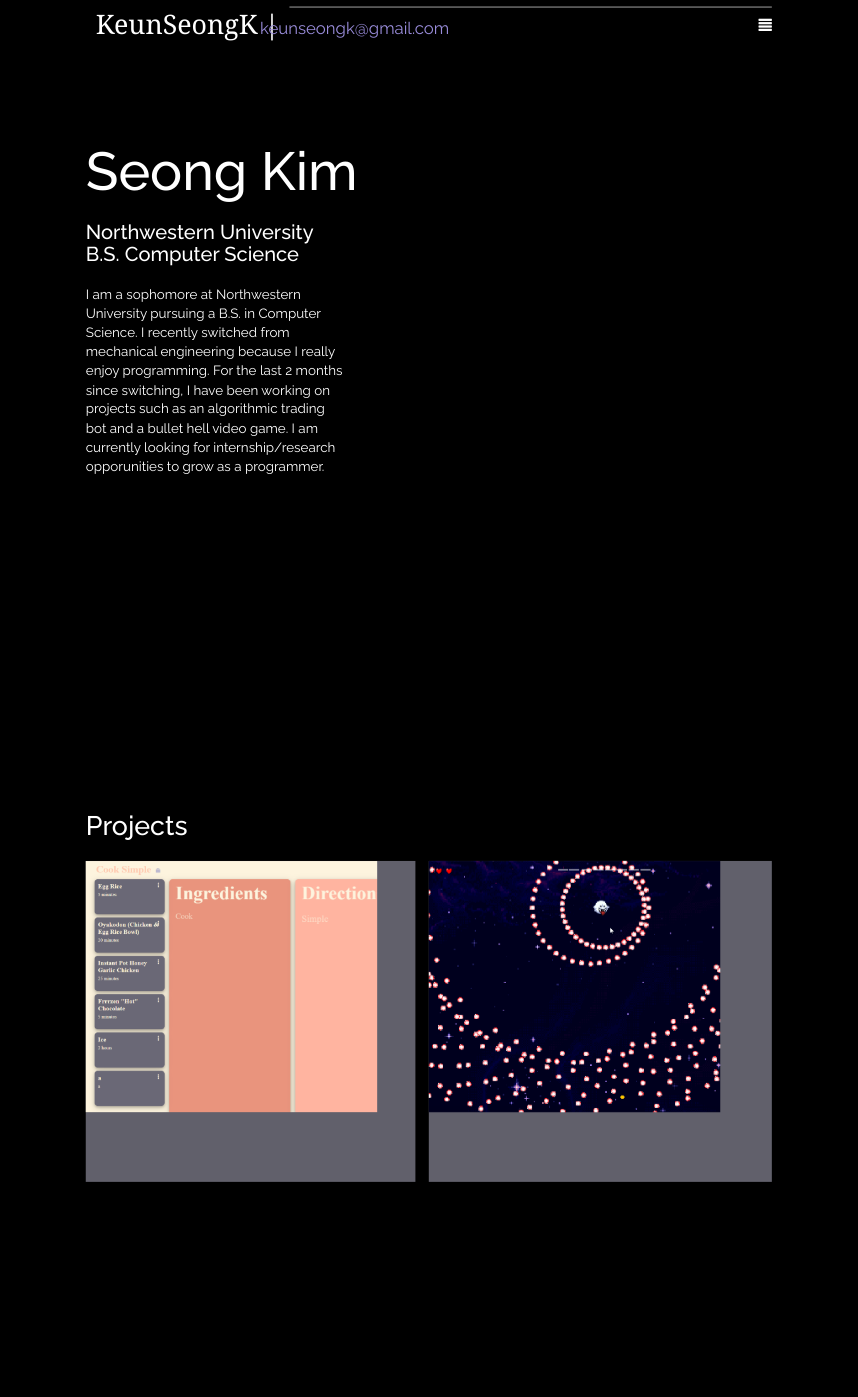
Repository: oqueuo/personal-site
Page: index.html
The author's editor kept a copy of each file at every save. The page is drawn from the files as they stood at one save, then again after the next save.
The browser window is 1280 px wide. The pictures show the whole page, at 67% of full size.

Above is the page before, as saved 2020-09-21 18:12:28.

### index.html
<!-- Accountability, Balance, Trustworthiness -->
<!DOCTYPE html>
<html lang="en">
  <head>
    <title>Seong Kim</title>
    <meta charset="UTF-8">
    <meta name="viewport" content="width=device-width, initial-scale=1.0">

    <script src="https://ajax.googleapis.com/ajax/libs/jquery/3.5.1/jquery.min.js"></script>
    <script src="https://maxcdn.bootstrapcdn.com/bootstrap/3.4.1/js/bootstrap.min.js"></script>
    <link rel="stylesheet" href="https://maxcdn.bootstrapcdn.com/bootstrap/3.4.1/css/bootstrap.min.css">
    <link rel="stylesheet" href="styles.css">
    <script src="scripts.js"></script>
  </head>

  <body>
    <main>
      <header>
        <h1 id="navbar-brand"><a href="index.html" class="navbar-brand">KeunSeongK |</a></h1>
        <a id="email" href = "mailto: abc@example.com">keunseongk@gmail.com</a>
        <ul>
          <li><span id="pulldown-btn" class="glyphicon glyphicon-align-justify"></span>
            <ul id="nav-pulldown">
              <li class="navbar-item"><a class="nav-link" href=#about></a></li>
              <li class="navbar-item" style="padding-right:100px;"><a class="nav-link" href="resume.html">Resume</a></li>
              <li class="navbar-item"><a class="nav-link" href="https://github.com/oqueuo">GitHub</a></li>
              <li class="navbar-item"><a class="nav-link" href="https://www.linkedin.com/in/seong-kim-a0a989160/">LinkedIn</a></li>
            </ul>
          </li>
        </ul>

      </header>
      <section id="horizontal-line"></section>
        <hr>
      </section>
      <!-- About me -->
      <section id="about">

        <div id="about-text">
          <h1>Seong Kim</h1>
          <h2>Northwestern University<br>B.S. Computer Science</h2>
          <p>I am a sophomore at Northwestern University pursuing
            a B.S. in Computer Science. I recently switched from mechanical engineering
            because I really enjoy programming. For the last 2 months since switching,
            I have been working on projects such as an algorithmic trading bot and a
            bullet hell video game. I am currently looking for internship/research
            opporunities to grow as a programmer.
          </p>
        </div>
      </section>

      <h1 id="projects-header">Projects</h1>

      <!-- Projects: Filled in with JS template -->
      <section id="projects">
      </section>

    </main>
  </body>
  <script>
    render_projects(projects, "#projects");
  </script>
</html>

### styles.css
@import url('https://fonts.googleapis.com/css2?family=Raleway:ital,wght@0,100;0,200;0,300;0,400;0,500;0,600;0,700;0,800;0,900;1,100;1,200;1,300;1,400;1,500;1,600;1,700;1,800;1,900&display=swap');
/* Global styles
------------------------------------*/
* {
    /* Remove Chrome default margins */
    margin: 0 !important;
    font-family: 'Raleway', sans-serif;
}
body {
    background: black;
    display: flex;
    justify-content: center;
}
main {
    position: relative;
    width: 80vw;
    display: block;
    /* background: saddlebrown; */
    margin-left: auto;
    margin-right: auto;
}


/* NAVBAR */
header {
    color: white;
    padding-top: 10px;
    position: relative;
    width: inherit;
}
header>a {
    position: absolute;
    font-size: 25px;
    left: 260px;
    top: 25px;
}
header ul {
    position: absolute;
    top: 25px;
    right: 0px;
}
#navbar-brand {

}
.navbar-brand {
    text-decoration: none;
    font-size: 40px !important;
    color: white;
    font-family: Cambria, Cochin, Georgia, Times, 'Times New Roman', serif !important;
}

.navbar-item {
    display: inline;
    font-size: 25px;
    padding-right: 15px;
}
ul a, #email, .more-info-on-github {
    text-decoration: none;
    color: rgb(153, 140, 218);
}

ul a:hover, #email:hover, .more-info-on-github:hover {
    opacity: 0.8;
}
ul a:active, #email:active, .more-info-on-github:active {
    opacity: 0.7;
}
#horizontal-line {
    width: 100vw;
    left: 0;
}


/* ABOUT */
#about {
    color: white;
    margin-top: 200px !important;
    /* background: royalblue; */
}
#about-text h1 {
    font-family: 'Raleway', sans-serif;
    font-size: 80px;
}
#about-text h2 {
    margin-top: 30px !important;
}
#about p {
    margin-top: 30px !important;
    max-width: 30vw;
    font-size: 20px;
}


/* Projects */

#projects-header {
    font-size: 40px;
    color: white;
    margin-top: 500px !important;
    margin-bottom: 30px !important;
}
#projects {
    display: flex;
    flex-wrap: wrap;
    padding: 0;
    width: 100%;
    margin-bottom: 300px !important;
}
.project-card-container {
    box-sizing: border-box;
    width: 50%;
    height: 500px;
    padding-right: 2%;
    padding-bottom: 2%;
    position: relative;
}
.project-card-container:nth-child(2n) {
    padding-right: 0;
}
.project-card-gray {
    background-color: rgb(97, 96, 107);
    height: 100%;
    width: 100%;
}
.project-card-content {
    width: 85%;
    height: 75%;
    position: absolute;
    background-size: cover;
    margin-left: auto !important;
    margin-right: auto !important;
    margin-top: auto !important;
    margin-bottom: auto !important;
    transition: .5s ease;
    backface-visibility: hidden;
}

.project-overlay {
    transition: .5s ease;
    opacity: 0;
    position: absolute;
    top: 50%;
    left: 50%;
    transform: translate(-50%, -50%);
    -ms-transform: translate(-50%, -50%);
}
.project-card:hover .project-card-content {
    opacity: 0.2;
}

.project-card:hover .project-overlay {
opacity: 1;
}


/* Resume */
.resume {
    margin-top: 200px !important;
    background-image: url(backgrounds/resume330.png);
    height: 1000px;
    width: 63%;
}

.three-vertical-dots {
    color: white;
}

@media (max-width: 1300px) {
    /* Recipe pulldown */
    header ul {
        list-style: none;
        z-index: 5;
    }
    span.three-vertical-dots {
        /* Put the three dots on top right corner of recipe card */
        position: absolute;
        top: 10px;
        right: 10px;
    }
    .three-vertical-dots li:active {
        color: rgb(255, 239, 218);
    }
    #pulldown-btn {
        cursor: pointer;
        font-size: 20px;
    }
    ul #nav-pulldown {
        display: none;
        background-color: rgb(253, 244, 222);
        border: 1px solid #333;
        border-radius: 4px;
        width: 90px;
        padding: 5px;
        position: absolute;
        top: 30px;
        right: 10px;
        text-align: end;
    }
    ul #nav-pulldown li {
        color: #333;
        display: block;
        block-size: auto;
    }
    header>ul>li:hover #nav-pulldown {
        display: block;
    }
    ul #nav-pulldown a {
        color: rgb(76, 74, 83);
        font-size: 15px;
    }
}

### scripts.js
var projects = [
    {
        title: "Cook Simple",
        description: "A minimalist recipe storage app for computers and mobile devices.",
        cover: "backgrounds/cook-simple.png"
    },
    {
        title: "Boollet Hell",
        description: "A Bullet Hell shooter game. Inspired by popular bullet hell shooters from Japan",
        cover: "backgrounds/boollet-hell.png"
    }
]
let more_info_on_my_github = "More info on <a class='more-info-on-github' href='https://github.com/oqueuo'>GitHub</a>"


function render_projects(projects, projects_id) {
    let project_case = document.querySelector(projects_id);
    if (project_case) {
        if (projects instanceof Array) {
            for (let project of projects) {
                let template = `
                <div class="project-card-content" style="background-image: url(${project.cover});"></div>
                <div class="project-overlay">
                    <p>${project.description}<br><br></p>
                    ${more_info_on_my_github}
                </div>`;

                let project_card_container = document.createElement("div");
                project_card_container.className = "project-card-container";
                project_card_container.innerHTML = `
                <div class="project-card-gray">
                    ${template}
                </div>
                `
                project_case.append(project_card_container);
            }
        }
    }
}

const show_project_info = (el) => {

}

After the next save:
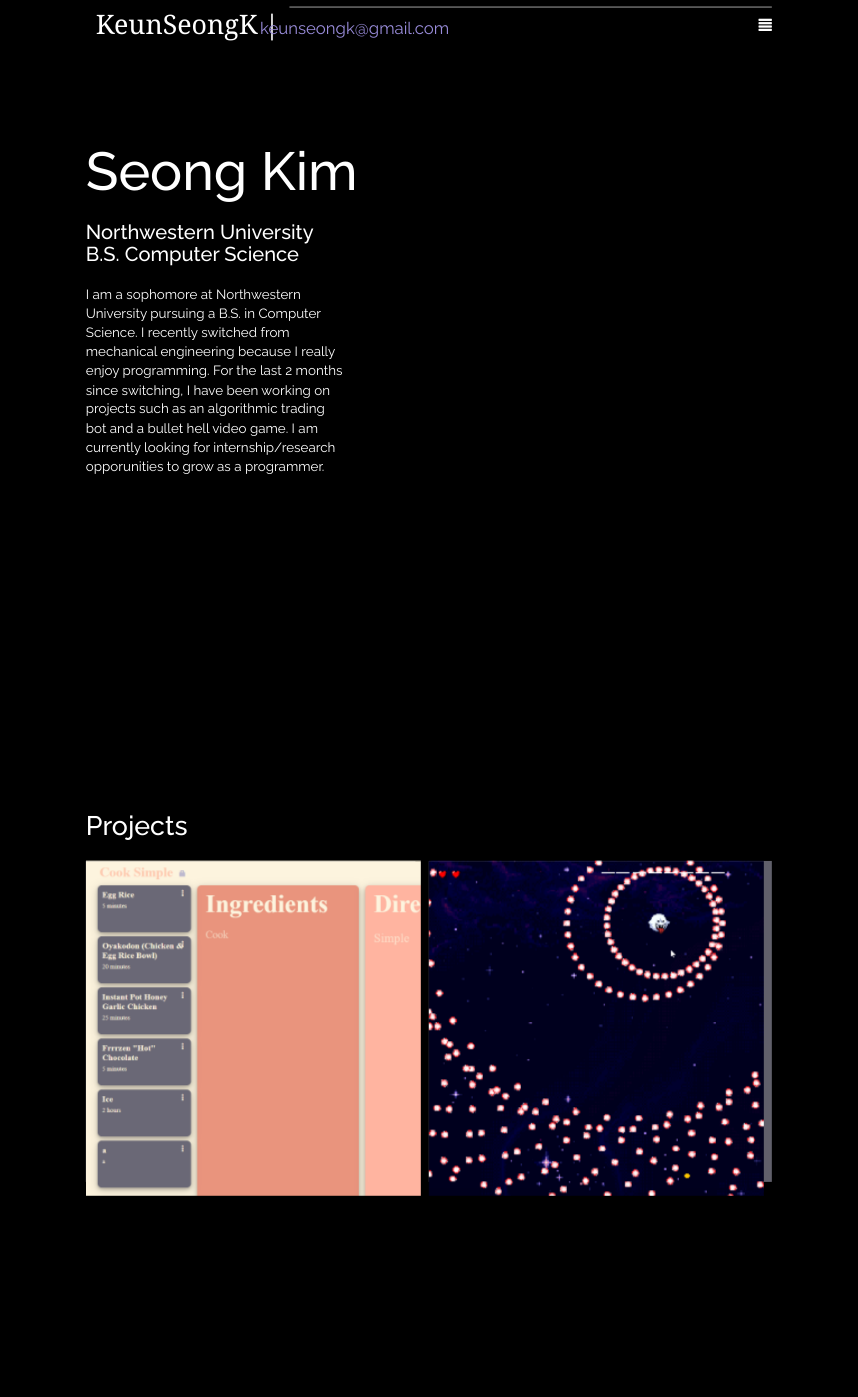
Saved 21 s later.
--- a/styles.css
+++ b/styles.css
@@ -123,8 +123,10 @@
     width: 100%;
 }
 .project-card-content {
-    width: 85%;
-    height: 75%;
+    /* width: 85%;
+    height: 75%; */
+    width: 500px;
+    height: 500px;
     position: absolute;
     background-size: cover;
     margin-left: auto !important;

After the save that followed:
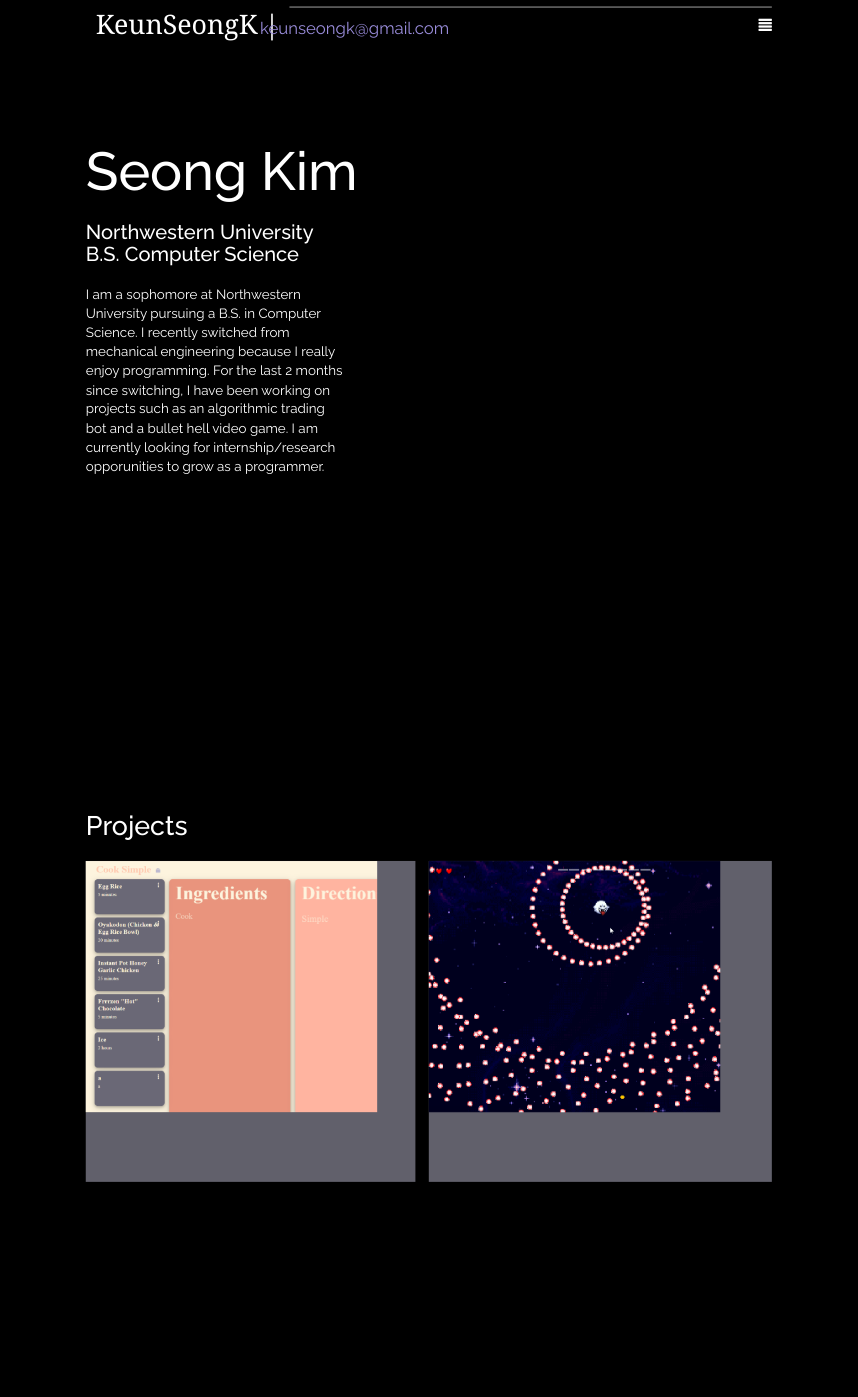
Saved 4 s later.
--- a/styles.css
+++ b/styles.css
@@ -123,10 +123,8 @@
     width: 100%;
 }
 .project-card-content {
-    /* width: 85%;
-    height: 75%; */
-    width: 500px;
-    height: 500px;
+    width: 85%;
+    height: 75%;
     position: absolute;
     background-size: cover;
     margin-left: auto !important;
